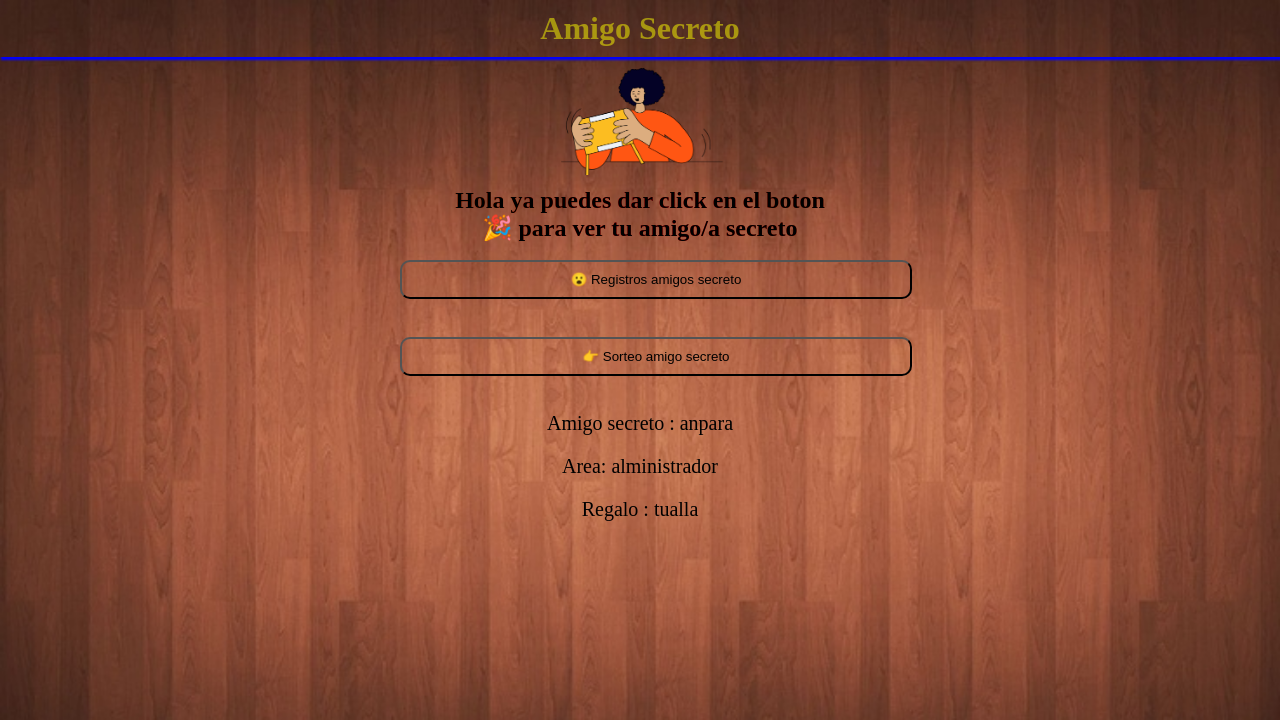
Repository: ye909/secreto
Page: index.html
The author's editor kept a copy of each file at every save. The page is drawn from the files as they stood at one save, then again after the next save.
The browser window is 1280 px wide. The pictures show the whole page.
Backgrounds fixed to the window are drawn as part of the page.

Above is the page before, as saved 2025-01-25 09:44:35.
Console error: TypeError: Cannot read properties of null (reading 'addEventListener')

### index.html
<!DOCTYPE html>
<html lang="es">

<head>
    <meta charset="UTF-8">
    <meta name="viewport" content="width=device-width, initial-scale=1.0">
    <title>Amigo Secreto</title>
    <link rel="stylesheet" href="./css/style.css">

<body>
    <main class="main-content" id="main-content">
        <header class="header-banner">
            <h1 class="title">Amigo Secreto</h1>
            <img src="./imagenes/amigosecreto.png" alt="Imagen representativa de amigo secreto">
        </header>

        <!-- <section class="container" id="container">
            <h2 class="title">Formulario de amigos</h2>

            <form id="formularioAmigo" class="form-inputs">
                <label for="nombre">Nombre:</label><br>
                <input type="text" id="nombre" class="input-name" placeholder="Escribe su nombre"><br><br>

                <label for="areaTrabajo">Área de trabajo:</label><br>
                <input type="text" id="areaTrabajo" class="input-area" placeholder="Escribe el área de trabajo"><br><br>

                <label for="tipoRegalo">Tipo de regalo:</label><br>
                <input type="text" id="tipoRegalo" class="input-regalo" placeholder="Escribe el tipo de regalo"><br><br>
                <span id="mensaje"></span>
                <br>
                <button class="button-add" id="button-add">Añadir</button>
            </form>


        </section> -->




    </main>
    <div class="containerbtnsorteo" id="containerbtnsorteo">
        <h2>Hola ya puedes dar click en el boton <br>🎉 para ver tu amigo/a secreto </h2>
        <button id="verResgistrados">😮 Registros amigos secreto</button>
        <br><br>

        <button class="sorteo" id="sorteo"> 👉 Sorteo amigo secreto</button>

    </div>



    <div class="datos_amigo" id="datos_amigo">
        <h2 id="info_datos"></h2>

    </div>

    <script src="./js/amigos.js"></script>
    <script src="./js/script.js"></script>
    <script src=" https://cdn.jsdelivr.net/npm/canvas-confetti@1.9.3/dist/confetti.browser.min.js "> </script>
    </head>
</body>

</html>

### css/style.css
* {
    padding: 0%;
    margin: 0;
    transition: all;
  }
  html {
    background-image: url(../imagenes/fondocard.jpg);
    background-size: cover;
    background-repeat: no-repeat;
    background-attachment: fixed;
    width: 100%;
    height: 100%;
  }

  .main-content {
    text-align: center;
  }
  .header-banner img {
    width: 15%;
  }



  .container {
    margin: 2px auto;
      width: 30%;
      background-color: rgba(6, 6, 6, 0.4);
      border-radius: 10px;
      padding: 20px;
  /* display: none; */
  }
  input {
    width:60%;
    padding: 6px;
    border-radius: 10px;
    background: transparent;
    color: white;
  }
  input:hover {
    color: black;

  }

  button {
    background-color: transparent;
    width:65%;
    justify-content: center;
    padding: 7px;
    border-radius: 10px;
    margin: 10px;

  }
  button:hover{
      background: blue;
      border: none;
      box-shadow: blue 2px 2px 2px 3px, blue 2px 2px 2px 3px, blue 2px 3px 3px 3px,
        blue 2px 2px 2px 3px;
  transition: 2s;
  }

  h1{
    text-align: center;
  padding: 10px;
  box-shadow: blue 2px 2px 2px 1px;
  color:rgba(255, 255, 0, 0.501);
  }
  h2{
      background-image:linear-gradient(to left,green, red, rgb(248, 244, 7));
      -webkit-animation-fill-color:transparent ;
      -webkit-background-clip: text;
      background-clip: text;
      padding: 8px;
      font-weight: bold;
      text-align: center;

  }


  /* .datos_amigo {

      display: none
    } */
    /* .containerbtnsorteo{


      display:none;

    } */
    .containerbtnsorteo button{
      width: 40%;
    margin-left: 400px;
    padding: 10px;
    cursor: pointer;
    }
    p{
      font-size: 20px;
      text-align: center;
      padding: 10px;
    }
    span {
      font-size: 15px;
      color: red;
    }

### js/amigos.js
const amigos=[{
    nombre: "Juan",
    area:"logistica ",
    regalo:"zapatillas"

},
{
    nombre: "daniel",
      area:"recursos ",
      regalo:"reloj"
},
{
nombre:"anpara",
    area:"alministrador",
     regalo:"tualla"
},
{
    nombre: "Paola",
     area:"marketing ",
    regalo:"sudadera"
},
{
    nombre: "Pedro",
     area:"finansas",
    regalo:"libro"
}]



function seleccionarAmigoAleatorio(amigos) {


    const indiceAleatorio = Math.floor(Math.random() * amigos.length);
      return amigos[indiceAleatorio];
    }

    const amigoSeleccionado = seleccionarAmigoAleatorio(amigos);



    const nombrealeatoria = document.createElement("p");
    nombrealeatoria .textContent = `Amigo secreto :  ${  amigoSeleccionado.nombre} `;

    const arealeatoria = document.createElement("p");
    arealeatoria .textContent = `Area:  ${amigoSeleccionado.area} `;

    const regaloaleatoria = document.createElement("p");
    regaloaleatoria .textContent = `Regalo : ${amigoSeleccionado.regalo} `;

    datos_amigo.appendChild(nombrealeatoria );
     datos_amigo.appendChild(arealeatoria );
       datos_amigo.appendChild( regaloaleatoria );

### js/script.js


const container = document.getElementById("container");
const containerbtnsorteo = document.getElementById("containerbtnsorteo");

 const formularioAmigo = document.getElementById("formularioAmigo");

 const datos_amigo =document.getElementById("datos_amigo")
const info_datos = document.getElementById("info_datos")
formularioAmigo.addEventListener("submit", (event) => {
  event.preventDefault(); // Evita que el formulario se envíe (si se trata de un formulario)


  const nombre = document.getElementById("nombre").value;
  const areaTrabajo = document.getElementById("areaTrabajo").value;
  const tipoRegalo = document.getElementById("tipoRegalo").value;
            // Crear un nuevo objeto amigo
            const nuevoAmigo = {
              nombre: nombre,
              area: areaTrabajo,
              regalo: tipoRegalo
          };

          // Añadir el nuevo amigo al array
          amigos.push(nuevoAmigo);


  if (nombre == "" ) {
    const mensaje = document.getElementById("mensaje");
    mensaje.innerHTML = "Por favor ingrese su nombre";


  }else{
    const titulo_data = document.createElement("p");
    titulo_data.innerHTML = ` BIENVENIDOS/A  <br> ${nombre}  `;
    info_datos.append(titulo_data);
    if (container) {
      container.style.display = "none";
      containerbtnsorteo.style.display = "inline";


    }
  }

  if (areaTrabajo) {

    const titulo_data = document.createElement("p");
    titulo_data.innerHTML = `Del area  de trabajo <br> ${areaTrabajo} `;
    info_datos.append(titulo_data);

   }
  if (tipoRegalo) {
  const Regalo = document.createElement("p");
  Regalo.innerHTML = `Tu regalo  ${tipoRegalo} <br> para el amigo  `;
  info_datos.append(Regalo);
;
  }
   if (nombre) {

    const titulo_data = document.createElement("p");
    titulo_data.innerHTML = ` ${nombre} <br> Te queremos felisitar por aser parte de esta actibidad <br>  por eso un te informamos cual es tu `;
    info_datos.append(titulo_data);

   }

   const verResgistrados=document.getElementById("verResgistrados")
   verResgistrados.addEventListener("submit",(e) =>{
    e.preventDefault()
   // .innerHTML = amigos
   alert("su")
    })

//
// verResgistrados.addEventListener("click", () => {
//  datos_amigo.innerHTML=nuevoAmigo
//  alert(datos_amigo.nombre)
// } )

 });


 const sorteo = document.getElementById("sorteo");

 // Agrega un evento al hacer clic en el botón
 sorteo.addEventListener("click", () => {

 var end = Date.now() + (15 * 1000);

 // go Buckeyes!
 var colors = ['#bb0000', '#ffffff'];

 (function frame() {
   confetti({
     particleCount: 2,
     angle: 60,
     spread: 55,
     origin: { x: 0 },
     colors: colors
   });
   confetti({
     particleCount: 2,
     angle: 120,
     spread: 55,
     origin: { x: 1 },
     colors: colors
   });

   if (Date.now() < end) {
     requestAnimationFrame(frame);
   }
 }());
 datos_amigo.style.display = "inline";
 containerbtnsorteo.style.display = "none";
 });

After the next save:
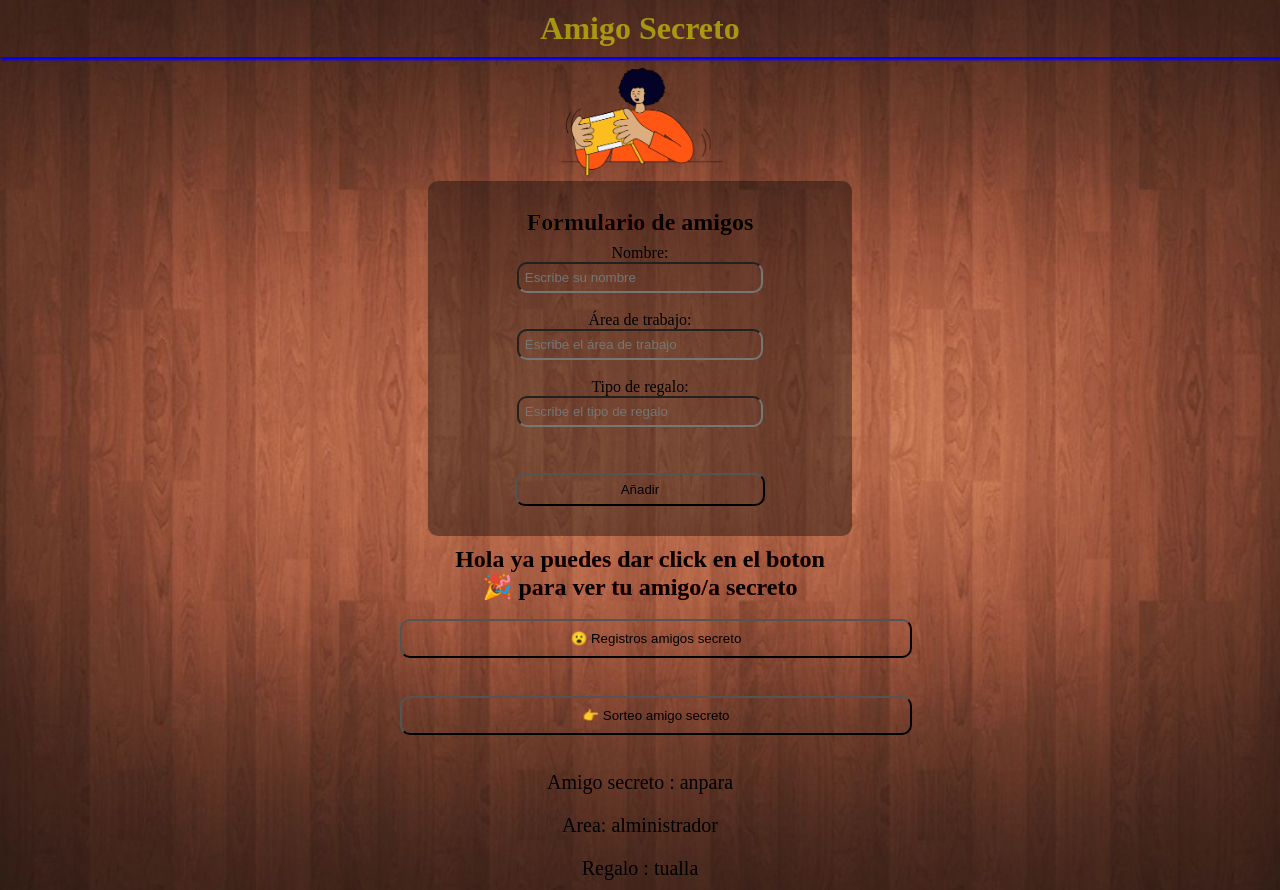
The error is gone.
Saved 39 s later.
--- a/index.html
+++ b/index.html
@@ -14,7 +14,7 @@
             <img src="./imagenes/amigosecreto.png" alt="Imagen representativa de amigo secreto">
         </header>
 
-        <!-- <section class="container" id="container">
+        <section class="container" id="container">
             <h2 class="title">Formulario de amigos</h2>
 
             <form id="formularioAmigo" class="form-inputs">
@@ -32,7 +32,7 @@
             </form>
 
 
-        </section> -->
+        </section>
 
 
 
